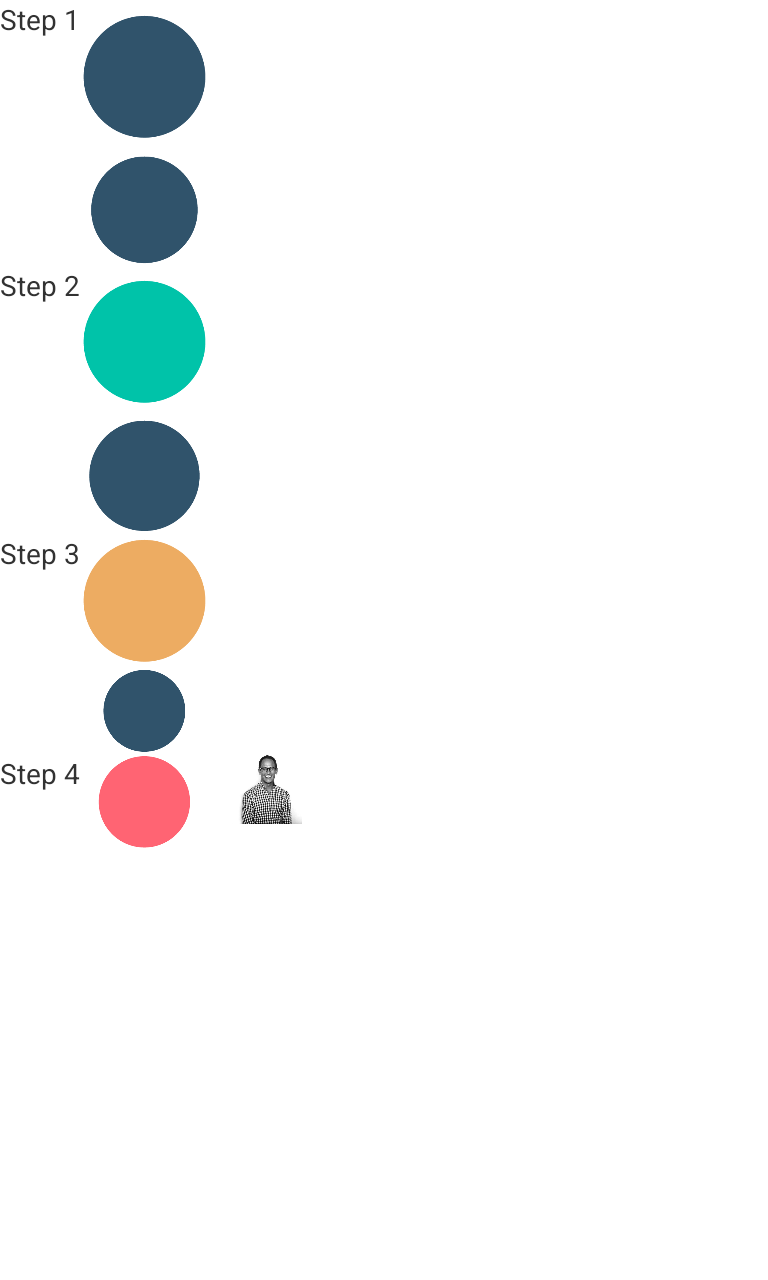
Repository: ladsumit/hackathon
Layout: VisaValetRelaunch/res/layout/user_activity.xml
The author's editor kept a copy of each file at every save. The layout is drawn from the files as they stood at one save, then again after the next save.
It is drawn on a 768 x 1280 px phone screen (xhdpi) without system bars, with theme AppTheme; the app's code is not run.

Above is the layout before, as saved 2015-05-31 20:07:19.

### VisaValetRelaunch/res/layout/user_activity.xml
<RelativeLayout xmlns:android="http://schemas.android.com/apk/res/android"
    xmlns:tools="http://schemas.android.com/tools"
    android:layout_width="match_parent"
    android:layout_height="match_parent"
    android:onClick="signup"

    tools:context="com.visa.valet.MainActivity" >

    <LinearLayout
        android:layout_width="wrap_content"
        android:layout_height="wrap_content"
        android:layout_alignParentLeft="true"
        android:layout_alignParentRight="true"
        android:layout_alignParentTop="true"
        android:orientation="vertical" >

        <LinearLayout
            android:layout_width="match_parent"
            android:layout_height="77dp" >

            <TextView
                android:id="@+id/textView1"
                android:layout_width="wrap_content"
                android:layout_height="wrap_content"
                android:text="Step 1" />

            <ImageView
                android:id="@+id/imageView6"
                android:layout_width="64dp"
                android:layout_height="match_parent"
                android:src="@drawable/circle_navy" />

            <ImageView
                android:id="@+id/imageView7"
                android:layout_width="wrap_content"
                android:layout_height="wrap_content"
                android:src="@drawable/empty" />

        </LinearLayout>

        <LinearLayout
            android:layout_width="match_parent"
            android:layout_height="56dp" >

            <ImageView
                android:id="@+id/imageView1"
                android:layout_width="40dp"
                android:layout_height="47dp"
                android:src="@drawable/empty" />

            <ImageView
                android:id="@+id/ImageView07"
                android:layout_width="64dp"
                android:layout_height="match_parent"
                android:src="@drawable/circle_navy" />

            <ImageView
                android:id="@+id/ImageView08"
                android:layout_width="54dp"
                android:layout_height="54dp"
                android:src="@drawable/empty" />
        </LinearLayout>

        <LinearLayout
            android:layout_width="match_parent"
            android:layout_height="76dp" >

            <TextView
                android:id="@+id/textView2"
                android:layout_width="wrap_content"
                android:layout_height="wrap_content"
                android:text="Step 2" />

            <ImageView
                android:id="@+id/ImageView01"
                android:layout_width="64dp"
                android:layout_height="match_parent"
                android:src="@drawable/circle_green" />

            <ImageView
                android:id="@+id/ImageView02"
                android:layout_width="wrap_content"
                android:layout_height="wrap_content"
                android:src="@drawable/empty" />
        </LinearLayout>

        <LinearLayout
            android:layout_width="match_parent"
            android:layout_height="58dp" >

            <ImageView
                android:id="@+id/ImageView09"
                android:layout_width="40dp"
                android:layout_height="47dp"
                android:src="@drawable/empty" />

            <ImageView
                android:id="@+id/ImageView10"
                android:layout_width="64dp"
                android:layout_height="match_parent"
                android:src="@drawable/circle_navy" />

            <ImageView
                android:id="@+id/ImageView11"
                android:layout_width="54dp"
                android:layout_height="54dp"
                android:src="@drawable/empty" />
        </LinearLayout>

        <LinearLayout
            android:layout_width="match_parent"
            android:layout_height="67dp" >

            <TextView
                android:id="@+id/textView3"
                android:layout_width="wrap_content"
                android:layout_height="wrap_content"
                android:text="Step 3" />

            <ImageView
                android:id="@+id/ImageView03"
                android:layout_width="64dp"
                android:layout_height="match_parent"
                android:layout_below="@+id/ImageView01"
                android:src="@drawable/circle_yellow" />

            <ImageView
                android:id="@+id/ImageView04"
                android:layout_width="wrap_content"
                android:layout_height="wrap_content"
                android:src="@drawable/empty" />
        </LinearLayout>

        <LinearLayout
            android:layout_width="match_parent"
            android:layout_height="43dp" >

            <ImageView
                android:id="@+id/ImageView12"
                android:layout_width="40dp"
                android:layout_height="47dp"
                android:src="@drawable/empty" />

            <ImageView
                android:id="@+id/ImageView13"
                android:layout_width="64dp"
                android:layout_height="match_parent"
                android:src="@drawable/circle_navy" />

            <ImageView
                android:id="@+id/ImageView14"
                android:layout_width="54dp"
                android:layout_height="54dp"
                android:src="@drawable/empty" />
        </LinearLayout>

        <LinearLayout
            android:layout_width="match_parent"
            android:layout_height="48dp" >

            <TextView
                android:id="@+id/textView4"
                android:layout_width="wrap_content"
                android:layout_height="wrap_content"
                android:text="Step 4" />

            <ImageView
                android:id="@+id/ImageView05"
                android:layout_width="64dp"
                android:layout_height="match_parent"
                android:src="@drawable/circle_red" />

            <ImageView
                android:id="@+id/ImageView06"
                android:layout_width="59dp"
                android:layout_height="35dp"
                android:src="@drawable/lawyer" />
        </LinearLayout>

    </LinearLayout>

</RelativeLayout>

Loaded but not shown: VisaValetRelaunch/res/values/styles.xml (common file)

After the next save:
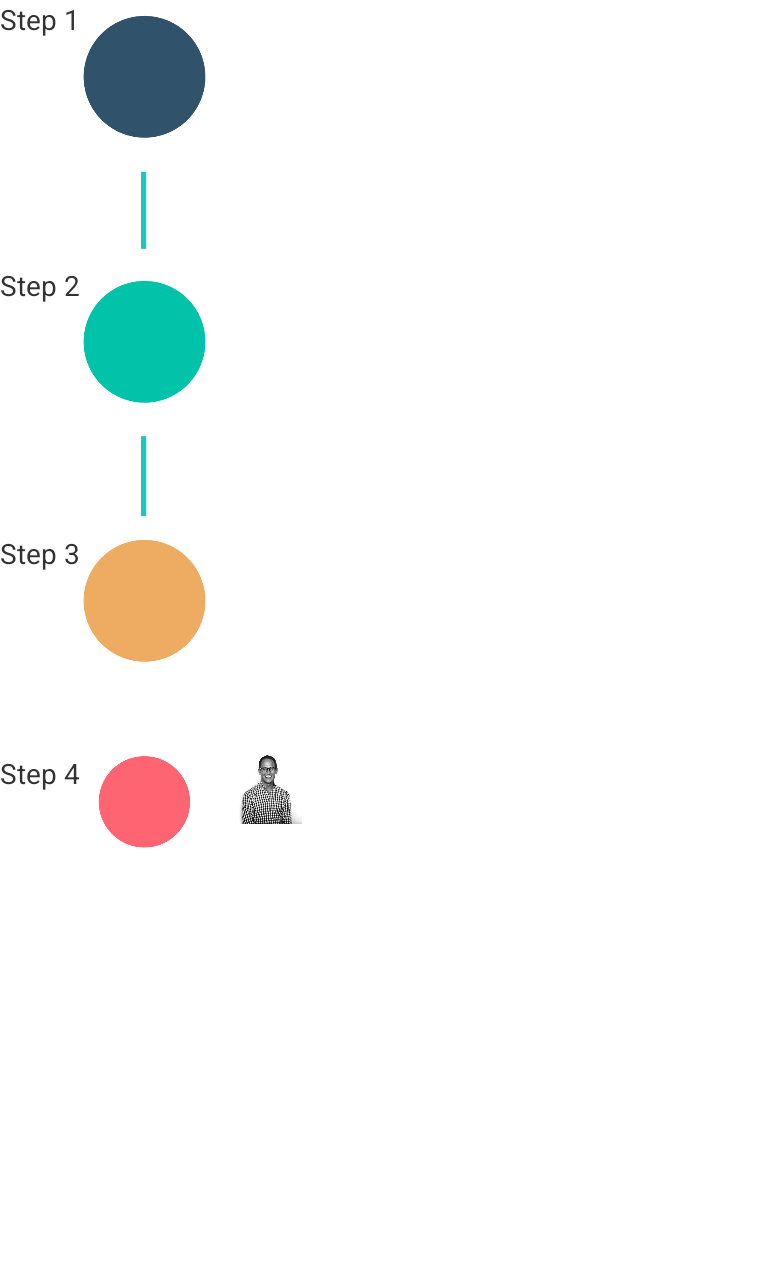
Saved 4 min 49 s later.
--- a/VisaValetRelaunch/res/layout/user_activity.xml
+++ b/VisaValetRelaunch/res/layout/user_activity.xml
@@ -52,7 +52,7 @@
                 android:id="@+id/ImageView07"
                 android:layout_width="64dp"
                 android:layout_height="match_parent"
-                android:src="@drawable/circle_navy" />
+                android:src="@drawable/approved" />
 
             <ImageView
                 android:id="@+id/ImageView08"
@@ -98,7 +98,7 @@
                 android:id="@+id/ImageView10"
                 android:layout_width="64dp"
                 android:layout_height="match_parent"
-                android:src="@drawable/circle_navy" />
+                android:src="@drawable/approved" />
 
             <ImageView
                 android:id="@+id/ImageView11"
@@ -145,7 +145,7 @@
                 android:id="@+id/ImageView13"
                 android:layout_width="64dp"
                 android:layout_height="match_parent"
-                android:src="@drawable/circle_navy" />
+                android:src="@drawable/timeline" />
 
             <ImageView
                 android:id="@+id/ImageView14"
